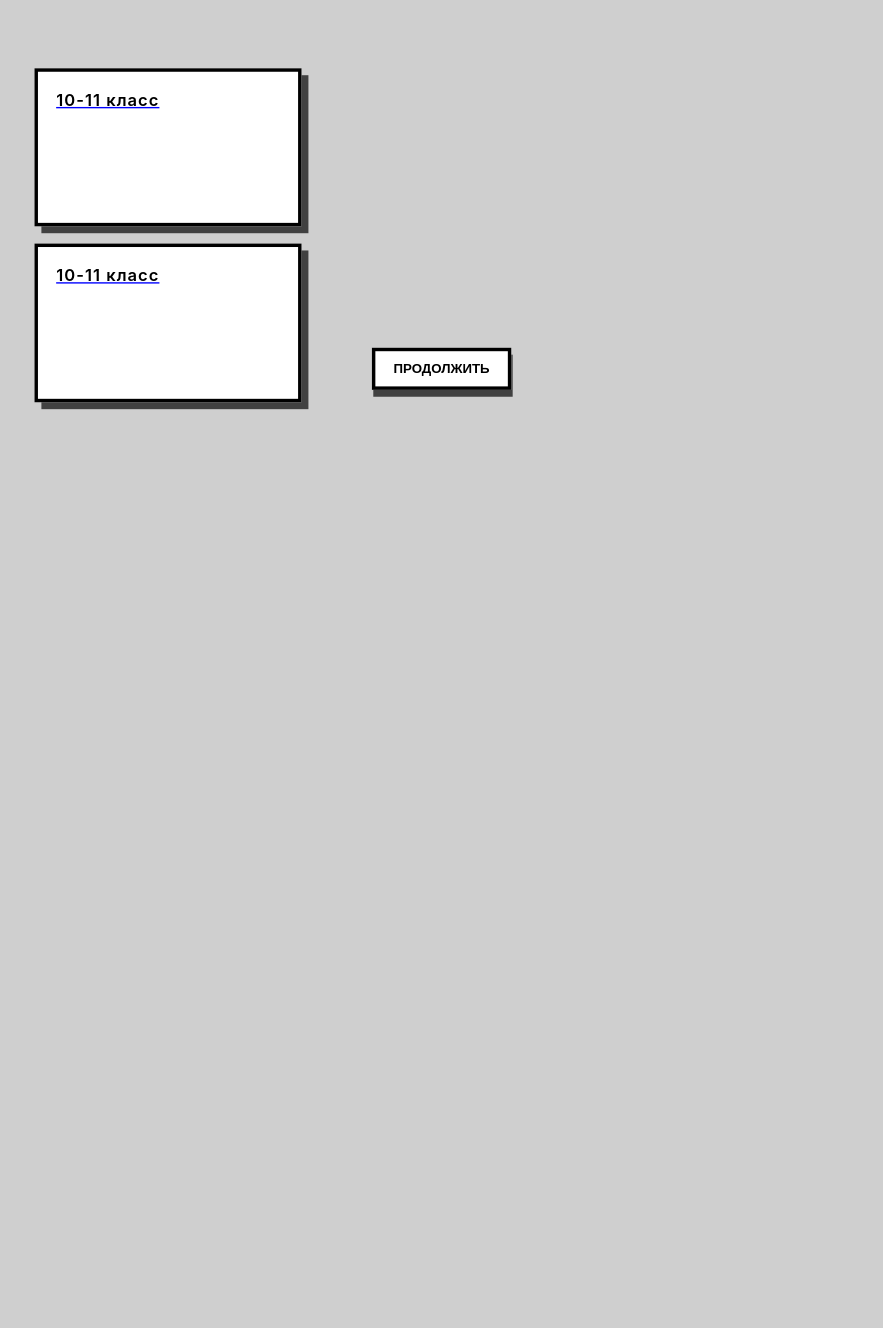
Repository: ICU-Dici/SchoolProject
Page: /NavigationBlock
The author's editor kept a copy of each file at every save. The page is drawn from the files as they stood at one save, then again after the next save.
The browser window is 1280 px wide. The pictures show the whole page, at 69% of full size.
The project was rebuilt for these pictures with package versions that can differ from the ones it lists, and the page was loaded fresh each time. Also part of the build but not shown: src/components/PhysicsEGE/Header/HeaderCopy.module.css, src/components/PhysicsEGE/Header/Header.jsx, src/components/MainBody/MainPage.jsx, src/components/PhysicsEGE/Header/Header copy.jsx, src/components/PhysicsEGE/PointsTransfer/PointsTransfer.jsx, src/components/PhysicsEGE/PointsTransfer/PointsTransferContainer.jsx, src/components/PhysicsEGE/PhysicsEGE.module.css, src/components/PhysicsEGE/PhysicsNavPage/PhysicsNavPage.module.css and 5 more.

Above is the page before, as saved 2024-01-02 00:41:12.

After the next save:
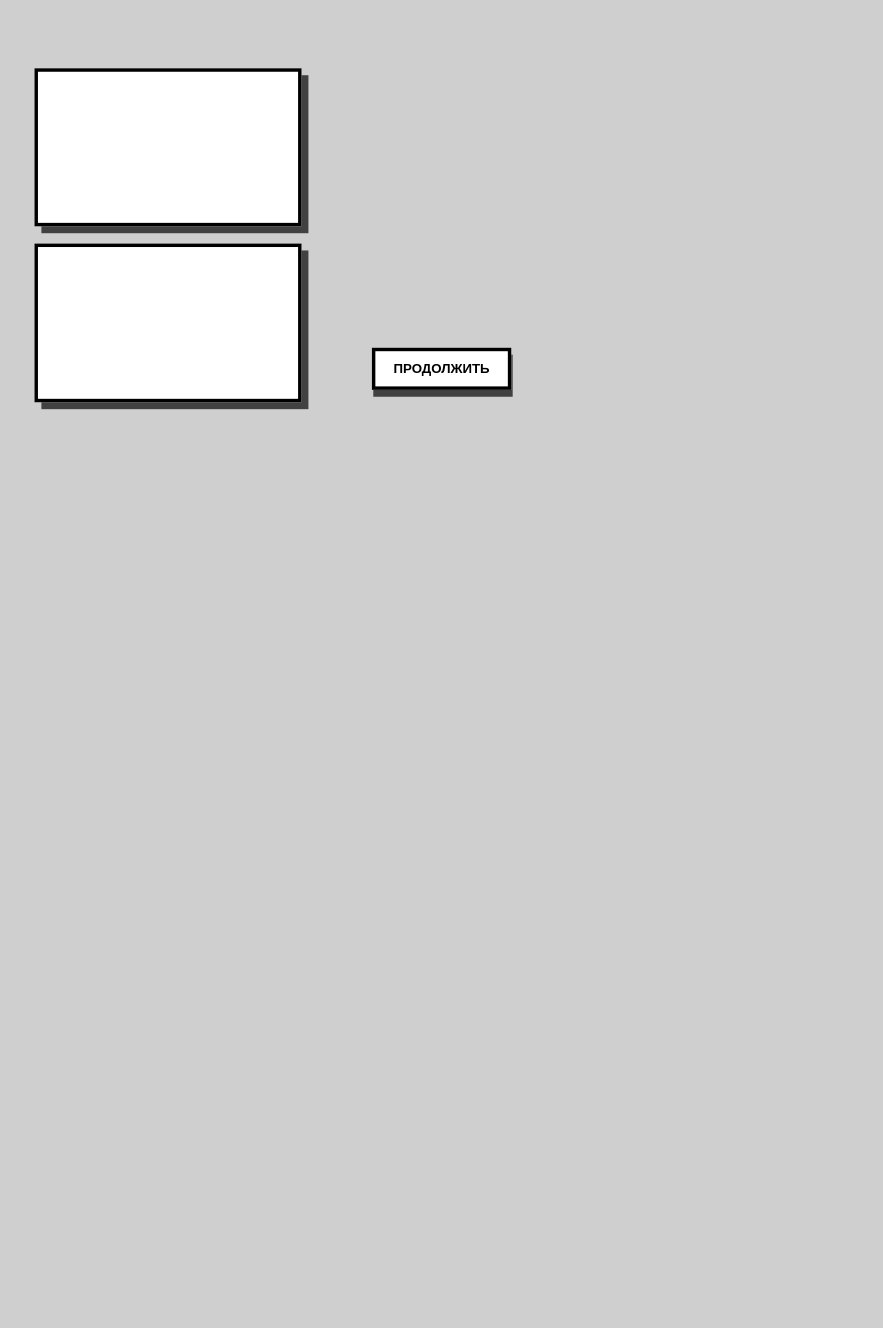
Saved 11 s later.
--- a/src/components/NavigationSide/Block/PhyBlockStructure.jsx
+++ b/src/components/NavigationSide/Block/PhyBlockStructure.jsx
@@ -8,7 +8,7 @@ const BlockStructure = (props) =>{
             <div className={s.Block}>
                 <div className={ props.selected === props.index ? s.MainBodyBlockActive : s.MainBodyBlock}>
                     <div>{props.blockName}</div>
-                    <div>10-11 класс</div>
+                    <div>{props.blockInfo}</div>
                 </div>
             </div>
         </div>
